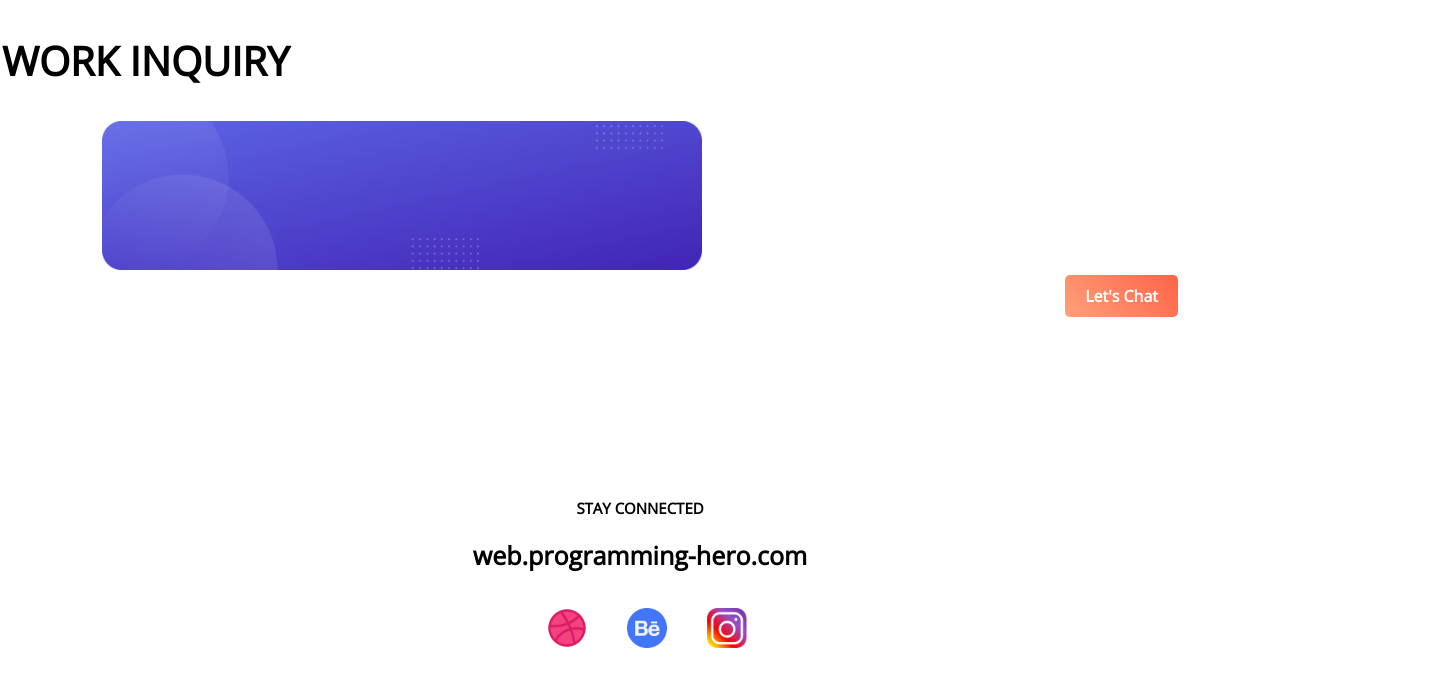
Repository: sabbircse3/personal-website
Page: index.html
The author's editor kept a copy of each file at every save. The page is drawn from the files as they stood at one save, then again after a run of saves.
The browser window is 1280 px wide. The page is 1442 px wide, so the pictures cover 1442 px, including what lies to the right of the window. The pictures show the part of the page from y = 2386 to 3069 px (the page is 3069 px tall).

Above is the page before, as saved 2021-01-06 03:54:06.

### index.html
<!DOCTYPE html>
<html lang="en">
<head>
    <title>personal-website</title>
    <link rel="preconnect" href="https://fonts.gstatic.com">
    <link href="https://fonts.googleapis.com/css2?family=Open+Sans&display=swap" rel="stylesheet">
    <link rel="stylesheet" href="style.css">
</head>
<body>

        <div class="menu-1">
            <ul id="menu">
                <li><a href="#">Contact</a></li>
                <li><a href="#">Protfolio</a></li>
                <li><a href="#">Work</a></li>
                <li><a href="#">About</a></li>
            </ul>
        </div>


    <section class="top-banner ">
        <div class="half-width">
            <h1>HELLO, I'M <br> <span class="name-highlight">SABBIR HASAN</span></h1>
            <p>A full stack allaround designer that placerat in massa consectetur</p>
            <a class="link-button" target="_blank" href="https://www.linkedin.com/company/programminghero/">HIRE ME</a>
        </div>

        <div class="half-width">
            <img src="images/sabbir1.png" alt="">
        </div>
    </section>

    <section class="about ">
        <div class="half-width">
            <img src="images/sabbir1.png" alt="">
        </div>

        <div class="half-width">
            <h2> ABOUT</h2>
            <p>Lorem Ipsum is simply dummy text of the printing and typesetting industry. Lorem Ipsum has been the industry's standard dummy text ever since the 1500s, when an unknown printer took a galley of type and scrambled it to make a type specimen book.</p>
            <a class="link-button" target="_blank" href="https://www.linkedin.com/company/programminghero/">Download CV</a>
        </div>

    </section>

    <section class="experience-area">
        <h2 id="head-center"><span class="name-highlight">LASTET</span> WORKING PROJECT</h2>
        <div id="first-project" class="half-width single-experience">
            <img  src="images/image 4.png" alt="" class="center">
            <h3>Power-x-gym (gym website)</h3>
            <p>Lorem Ipsum is simply dummy text of the printing and typesetting industry.</p>

        </div>

        <div id="next-project" class="half-width single-experience">
            <img src="images/image 5.png" alt="" class="center">
            <h3>Creative Agency</h3>
            <p>Lorem Ipsum is simply dummy text of the printing and typesetting industry.</p>

        </div>

        <div id="next-project" class="half-width single-experience">
            <img src="images/image 8.png" alt="" class="center">
            <h3>Hard Rock Music</h3>
            <p>Lorem Ipsum is simply dummy text of the printing and typesetting industry.</p>

        </div>

    </section>



    <section class="education">
        <h1> <span class="name-highlight">EDU</span>CATION</h1>
        <div id="bachelor" class="half-width single-experience">
            <h3>Bachelor of Science in Computer Science</h3>
            <h3 class="blue-highlight">Khwaja Yunus Ali University</h3>
            <h3 class="orange-highlight">2016-2020</h3>
            <p>It is a reputaed private university in this country Bangladesh.</p>
        </div>

        <div id="others" class="half-width single-experience">
            <h3>Higher School Certificate</h3>
            <h3 class="blue-highlight">Bhagopara Shahid Dhanesh Uddin School and Collage</h3>
            <h4 class="orange-highlight">2014-2016</h4>
            <p>It is one of the best collage in our north said of country</p>
        </div>

		<div id="others" class="half-width single-experience">
            <h3>Secoundary School Certificate</h3>
            <h3 class="blue-highlight">Rajapur High School</h3>
            <h4 class="orange-highlight">2009-2014</h4>
            <p>This school is one of the best school in my native area where i was bron.</p>
        </div>

    </section>


    <section>
        <div class="lowest-banner">
            <h2>WORK INQUIRY </h2>
        </div>
        <div class="low-mid">
            <img src="images/Group_33094_1.png" width="600px">
        </div>
        <div>
            <a class="chat-button" target="_blank" href="https://www.linkedin.com/company/programminghero/">Let's Chat</a>
        </div>

    </section>


    <footer>
        <h3>STAY CONNECTED</h3>
        <h2>web.programming-hero.com</h2>
        <div class="chat">
            <div class=" chat-experience">
                <img  src="images/image 6.png" alt="" class="center">
            </div>

            <div  class=" chat-experience">
                <img src="images/Group 33059.png" alt="" class="center">
            </div>

            <div  class=" chat-experience">
                <img src="images/image 7.png" alt="" class="center">
            </div>
        </div>

    </footer>




</body>
</html>

### style.css
body{
    font-family: 'Open Sans', sans-serif;
    margin: 2px;
    font-style: normal;
}
.menu-1{
	height: 90px;
}
#menu{
	list-style-type:none;
	width:900px;
	margin:10px auto;
}
#menu li{
	float:right;
}
#menu li a{
	color:black;
	text-decoration:none;
	padding:5px 10px;
}

h1{
    font-size: 50px;
}
h2{
    font-size: 40px;
}

.name-highlight{
    color: #FF8367;
}
.top-banner{

}
.half-width{
    width: 35%;
    float: left;
    margin-left: 5%;
    padding-left: 2%;
}
.half-width img{
    width: 100%;
}
section{
    height: 450px;
}
.link-button{
    text-decoration: none;
    background-image: linear-gradient(45deg, lightSalmon, tomato);
    padding: 10px 20px;
    border-radius: 5px;
    color: white;
    font-weight: 700;
}
#head-center{
    text-align: center;
    margin: 80px;
    padding: 50px;
}
.experience-area{
    background-color: #E5E5E5;
    background-position: left;
    width: 1440px;
    height: 814px;
}
.center {
    display: block;
    margin-left:-15px;
    margin-top: 15px;
    width: 50%;
  }
.orange-highlight{
    color: orange;
}
.single-experience{
    box-shadow: 0px 4px 4px rgba(0, 0, 0, 0.25);
    border-radius: 10px;
	height: 45%;
	width: 23%;
}
#first-project{
    background-color: white;
}
#next-project{
	background-color: white;
}

.education{
    background-image: url("images/exp-bg.png");
    background-repeat: no-repeat;
    background-position: left;
}
#bachelor{
    border-left: 7px solid;
    border-image: linear-gradient(180deg, lightSalmon, tomato);
    border-image-slice: 1;
    background-color: white;
    height: 55%;
	width: 25%;
}
#others{
    border-left: 7px solid;
    border-image: linear-gradient(180deg, blue, cyan);
    border-image-slice: 1;
    height: 55%;
	width: 25%;
}
.blue-highlight{
    color:rgba(0, 0, 139, 0.705);
}
.lowest-banner{


}
.low-mid{
    margin-left: 100px;
}
.chat-button{
    text-decoration: none;
    background-image: linear-gradient(45deg, lightSalmon, tomato);
    padding: 10px 20px;
    margin-right: 100px;
    border-radius: 5px;
    color: white;
    font-weight: 700;
    float: right;
}

footer h2{
    text-align: center;
    font-size: 25px;
}
footer h3{
    text-align: center;
    font-size: 15px;
}
.chat{
    margin-left: 560px;
}
.chat-experience{
	height: 90px;
    width: 80px;
    display: block;
    float:left;
}

After the next 5 saves:
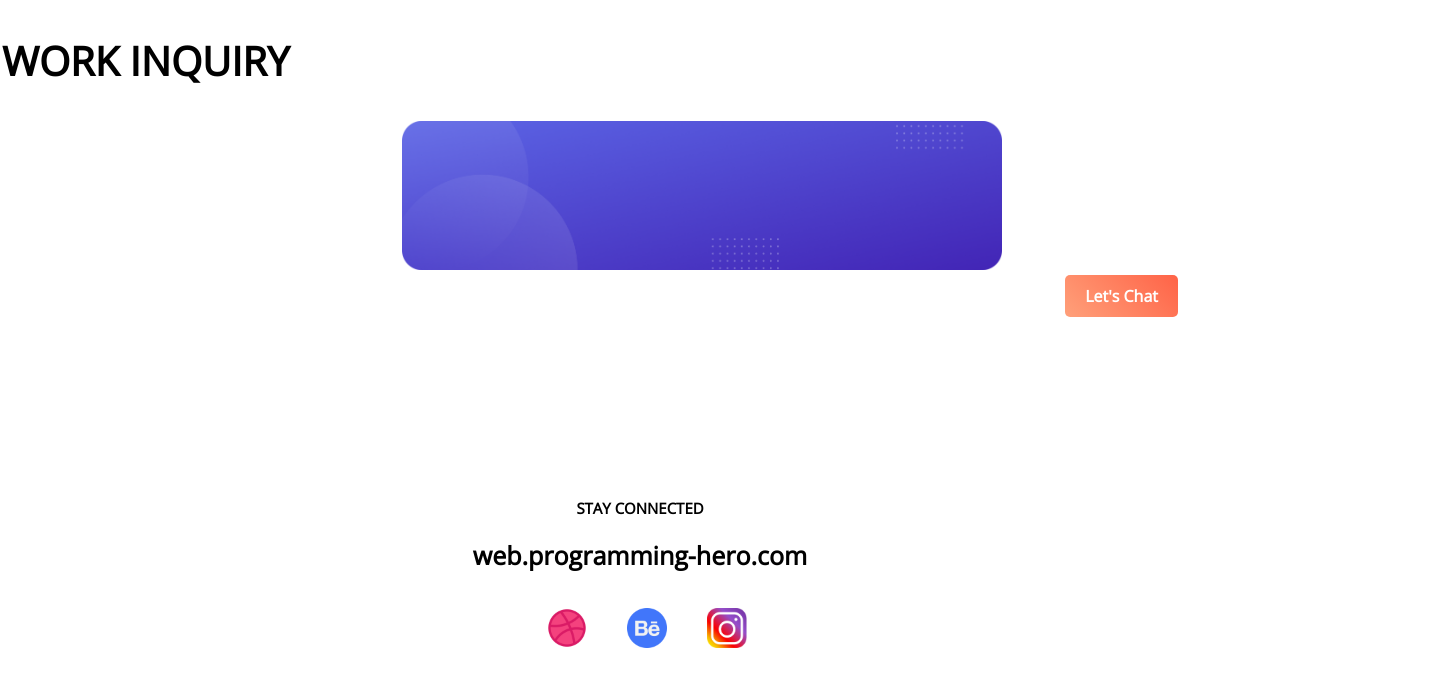
The 5 saves are shown as one change because they came seconds apart.
The last was saved 29 s later.
--- a/style.css
+++ b/style.css
@@ -114,7 +114,7 @@ section{
 
 }
 .low-mid{
-    margin-left: 100px;
+    margin-left: 400px;
 }
 .chat-button{
     text-decoration: none;
